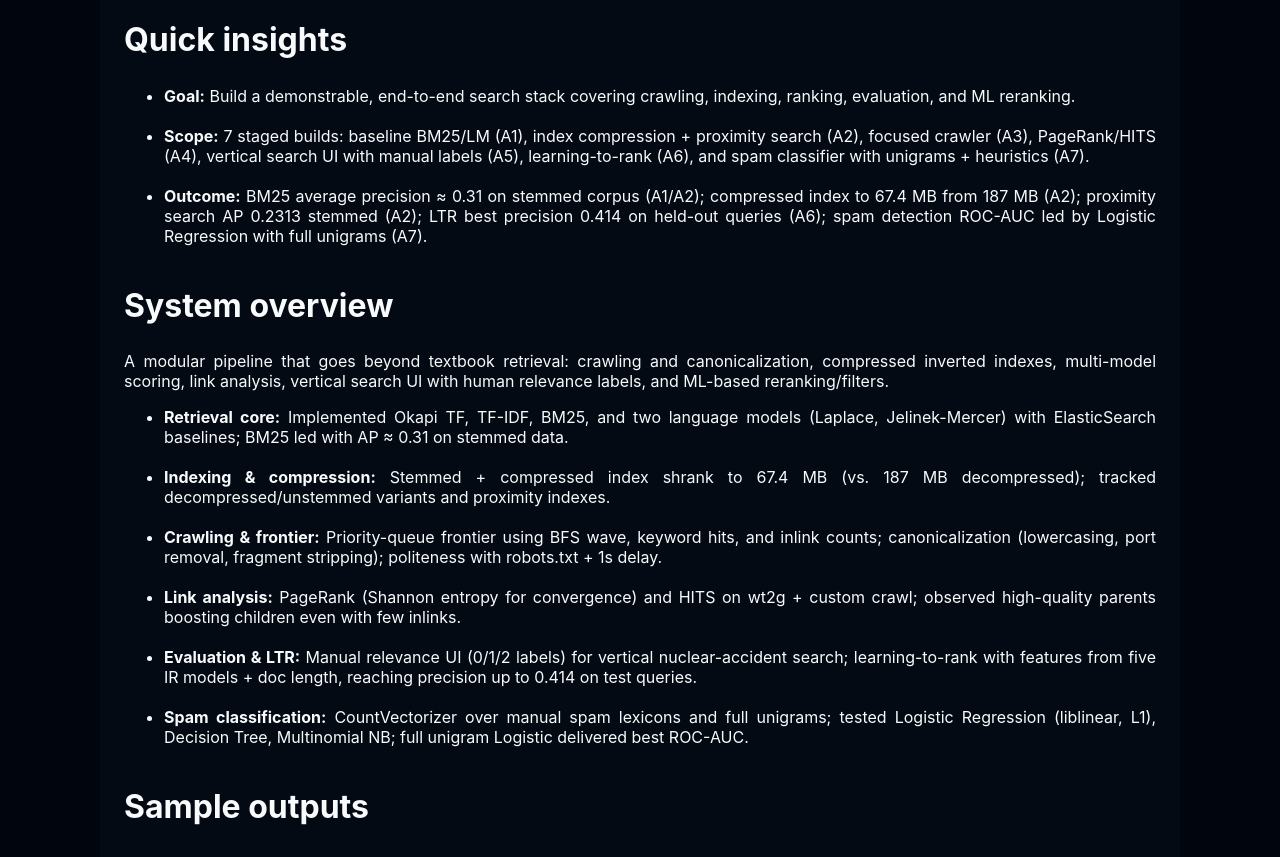
Repository: Abdulaziz-04/Abdulaziz-04.github.io
Page: deepdives/backend_systems/search_engine/search_engine.html
An editor plug-in stored every save of this project. The page is shown before and after the next save, followed by the edit.
The browser window is 1280 px wide. The pictures show the part of the page from y = 852 to 1709 px (the page is 4281 px tall before and 4661 px after).
A picture or video elsewhere on the page could not be fetched, so the positions and the page height are approximate.

Above is the page before, as saved 2025-11-21 16:44:01.

### deepdives/backend_systems/search_engine/search_engine.html
<!DOCTYPE html>
<html lang="en">
  <head>
    <meta charset="UTF-8" />
    <meta name="viewport" content="width=device-width, initial-scale=1" />
    <title>Full-Stack Search Engine: Crawl, Index, Rank, and Rerank</title>
    <link rel="stylesheet" href="../../../assets/css/styles.css" />
  </head>

  <body class="project-detail-page">
    <header class="detail-hero">
      <a class="category-back" href="../../../projects/backend_systems.html">
        &larr; Back to Projects
      </a>

      <p
        class="category-pill"
        onclick="window.location.href='../../../projects/backend_systems.html'"
      >
        Backend &amp; Distributed Logic
      </p>
      <br />

      <h1>Full-Stack Search Engine: Crawl, Index, Rank, and Rerank</h1>

      <p class="detail-summary">
        <b>
          Built an end-to-end search engine over a nuclear-safety corpus: custom
          crawler, compressed inverted indexes, classic IR ranking
          (TF-IDF/BM25/LM), graph algorithms (PageRank/HITS), vertical search UI
          with manual assessments, learning-to-rank, and ML-powered spam
          filtering.
        </b>
      </p>

      <p class="detail-summary">
        Completed a 7-part IR course sequence at Northeastern: starting with
        baseline ranking, adding compression and proximity search, building a
        focused crawler, applying link analysis, running a vertical search
        assessment interface, experimenting with learning-to-rank, and closing
        with ML-based spam classification.
      </p>

      <ul class="detail-meta">
        <li>
          <strong>Tech Stack:</strong>
          Python, ElasticSearch, NumPy, scikit-learn, pandas, BeautifulSoup,
          priority queues, multi-threading, custom inverted index storage
        </li>
      </ul>
    </header>

    <main class="section detail-content">
      <!-- HERO IMAGE -->
      <section class="detail-section detail-hero-gif">
        <figure class="gallery-item gallery-item--wide">
          <img
            src="./images/architecture-placeholder.png"
            alt="System architecture: crawler → indexer → ranker → reranker → UI"
            style="display: block; margin: 0 auto; max-width: 95%; height: auto"
          />
          <figcaption style="text-align: center">
            Architecture at a glance: focused crawler feeds compressed inverted
            indexes; BM25/TF-IDF for first-pass ranking; PageRank/HITS signals
            available; LTR and spam classifiers for reranking and filtering.
          </figcaption>
        </figure>
      </section>

      <!-- QUICK INSIGHTS -->
      <section class="detail-section">
        <h2>Quick insights</h2>
        <ul class="psr-list">
          <li>
            <strong>Goal:</strong>
            Build a demonstrable, end-to-end search stack covering crawling,
            indexing, ranking, evaluation, and ML reranking.
          </li>
          <br />
          <li>
            <strong>Scope:</strong>
            7 staged builds: baseline BM25/LM (A1), index compression +
            proximity search (A2), focused crawler (A3), PageRank/HITS (A4),
            vertical search UI with manual labels (A5), learning-to-rank (A6),
            and spam classifier with unigrams + heuristics (A7).
          </li>
          <br />
          <li>
            <strong>Outcome:</strong>
            BM25 average precision ≈ 0.31 on stemmed corpus (A1/A2); compressed
            index to 67.4 MB from 187 MB (A2); proximity search AP 0.2313
            stemmed (A2); LTR best precision 0.414 on held-out queries (A6);
            spam detection ROC-AUC led by Logistic Regression with full unigrams
            (A7).
          </li>
        </ul>
      </section>

      <!-- SYSTEM OVERVIEW -->
      <section class="detail-section">
        <h2>System overview</h2>
        <p>
          A modular pipeline that goes beyond textbook retrieval: crawling and
          canonicalization, compressed inverted indexes, multi-model scoring,
          link analysis, vertical search UI with human relevance labels, and
          ML-based reranking/filters.
        </p>

        <ul>
          <li>
            <b>Retrieval core:</b>
            Implemented Okapi TF, TF-IDF, BM25, and two language models
            (Laplace, Jelinek-Mercer) with ElasticSearch baselines; BM25 led
            with AP ≈ 0.31 on stemmed data.
          </li>
          <br />
          <li>
            <b>Indexing &amp; compression:</b>
            Stemmed + compressed index shrank to 67.4 MB (vs. 187 MB
            decompressed); tracked decompressed/unstemmed variants and proximity
            indexes.
          </li>
          <br />
          <li>
            <b>Crawling &amp; frontier:</b>
            Priority-queue frontier using BFS wave, keyword hits, and inlink
            counts; canonicalization (lowercasing, port removal, fragment
            stripping); politeness with robots.txt + 1s delay.
          </li>
          <br />
          <li>
            <b>Link analysis:</b>
            PageRank (Shannon entropy for convergence) and HITS on wt2g + custom
            crawl; observed high-quality parents boosting children even with few
            inlinks.
          </li>
          <br />
          <li>
            <b>Evaluation &amp; LTR:</b>
            Manual relevance UI (0/1/2 labels) for vertical nuclear-accident
            search; learning-to-rank with features from five IR models + doc
            length, reaching precision up to 0.414 on test queries.
          </li>
          <br />
          <li>
            <b>Spam classification:</b>
            CountVectorizer over manual spam lexicons and full unigrams; tested
            Logistic Regression (liblinear, L1), Decision Tree, Multinomial NB;
            full unigram Logistic delivered best ROC-AUC.
          </li>
        </ul>
      </section>

      <!-- RESPONSE EXAMPLES GALLERY -->
      <section class="detail-section detail-gallery">
        <h2>Sample outputs</h2>
        <div class="gallery-row gallery-row--two">
          <figure class="gallery-item">
            <a href="./images/search-results-placeholder.png" target="_blank">
              <img
                src="./images/search-results-placeholder.png"
                alt="Search results list with highlights and BM25 scores"
              />
            </a>
            <figcaption>
              BM25-ranked results with snippet highlights and scores.
            </figcaption>
          </figure>

          <figure class="gallery-item">
            <a href="./images/index-stats-placeholder.png" target="_blank">
              <img
                src="./images/index-stats-placeholder.png"
                alt="Index size comparison: compressed vs decompressed"
              />
            </a>
            <figcaption>
              Index size and proximity index metrics (67.4 MB compressed vs. 187
              MB decompressed stemmed).
            </figcaption>
          </figure>
        </div>

        <div class="gallery-row gallery-row--two">
          <figure class="gallery-item">
            <a href="./images/ltr-placeholder.png" target="_blank">
              <img
                src="./images/ltr-placeholder.png"
                alt="Learning-to-rank precision chart"
              />
            </a>
            <figcaption>
              Learning-to-rank precision curve; best test precision 0.414.
            </figcaption>
          </figure>

          <figure class="gallery-item">
            <a href="./images/spam-roc-placeholder.png" target="_blank">
              <img
                src="./images/spam-roc-placeholder.png"
                alt="ROC curve for spam classifier"
              />
            </a>
            <figcaption>
              Spam classifier ROC-AUC: Logistic with full unigrams leads.
            </figcaption>
          </figure>
        </div>
      </section>

      <!-- ARCHITECTURE & DESIGN -->
      <section class="detail-section">
        <h2>Architecture and design choices</h2>
        <p>
          Designed to showcase both IR fundamentals and practical trade-offs:
          efficiency (compression, proximity), relevance (BM25 vs LM), authority
          (PageRank/HITS), and learning-based reranking.
        </p>

        <ul>
          <li>
            <b>Index variants:</b>
            Stemmed/unstemmed, compressed/decompressed; proximity lists for
            phrase queries (proximity AP: 0.2313 stemmed vs. 0.1814 unstemmed).
          </li>
          <br />
          <li>
            <b>Candidate generation:</b>
            Heap-based top-k retrieval; doc-length norms cached; multilingual
            stopword handling via ElasticSearch analyzers.
          </li>
          <br />
          <li>
            <b>Link signals:</b>
            PageRank on wt2g + merged crawl; HITS hubs/authorities skewed toward
            Wikipedia for topical queries, improving diversity over PageRank.
          </li>
          <br />
          <li>
            <b>Assessment loop:</b>
            Vertical search UI captures 3-point relevance labels (0/1/2) per
            result; stored as space-separated text for trec_eval-style scoring.
          </li>
          <br />
          <li>
            <b>LTR features:</b>
            Five IR scores (TF-IDF, Okapi-TF, BM25, Laplace, JM) + doc length;
            per-query split via random shuffle; balanced train/test precision
            (train avg 0.297, test avg 0.269).
          </li>
          <br />
          <li>
            <b>Spam pipeline:</b>
            Manual spam lexicon vs. full unigrams; CountVectorizer sparse
            matrices; compared Logistic, Decision Tree, Multinomial NB; unigrams
            outperformed manual lists, highlighting feature coverage.
          </li>
        </ul>
      </section>

      <!-- EDGE CASES & ROBUSTNESS -->
      <section class="detail-section">
        <h2>Edge cases and robustness</h2>
        <p>
          Focused on correctness and resilience across crawling, parsing, and
          scoring.
        </p>

        <ul>
          <li>
            <b>Canonicalization &amp; politeness:</b>
            Lowercasing, port stripping, fragment removal, duplicate slash
            cleanup; robots.txt honored; 1s inter-request delay; single-request
            per URL guard.
          </li>
          <br />
          <li>
            <b>Frontier fairness:</b>
            Priority queue blends BFS wave number, keyword hits, and inlink
            counts to avoid topic drift and reward authoritative seeds.
          </li>
          <br />
          <li>
            <b>Query parsing:</b>
            Token normalization, length normalization; language models tuned for
            sensitivity; BM25 for stability on sparse queries.
          </li>
          <br />
          <li>
            <b>Assessment UX:</b>
            Relevance dropdown prevents empty labels; results persisted on
            submit; clickable URLs to verify content before rating.
          </li>
          <br />
          <li>
            <b>Model sanity checks:</b>
            Compared manual spam features vs. full vocab to avoid underfitting;
            monitored over/underfit via precision bounds (0.1939–0.414).
          </li>
        </ul>
      </section>

      <!-- SCALING & FUTURE ENHANCEMENTS -->
      <section class="detail-section">
        <h2>Scaling and future enhancements</h2>
        <p>Ready to grow from coursework to production-grade demo.</p>

        <ul>
          <li>
            <b>Sharding &amp; cache:</b>
            Shard the index by domain/time; add postings and query result cache
            (Redis) to reduce P95 latency.
          </li>
          <br />
          <li>
            <b>Reranking depth:</b>
            Introduce LambdaMART/XGBoost with expanded features (PageRank, HITS,
            click priors) and cross-validation over query folds.
          </li>
          <br />
          <li>
            <b>Quality signals:</b>
            Add autocomplete with prefix tries; spell correction via k-grams;
            snippet generator with positional windows.
          </li>
          <br />
          <li>
            <b>Deployment:</b>
            Containerize crawler, indexer, API, and UI; use docker-compose for a
            single-node demo; add health checks and telemetry.
          </li>
          <br />
          <li>
            <b>Spam hardening:</b>
            Add character n-grams for obfuscation, URL reputation features, and
            threshold tuning for precision/recall trade-offs.
          </li>
        </ul>
      </section>

      <!-- IMPACT & LEARNINGS -->
      <section class="detail-section detail-impact">
        <h2>Impact and learnings</h2>
        <ul>
          <li>
            <b>IR depth:</b>
            Hands-on with classic models, proximity, compression, and graph
            algorithms—understanding when BM25 beats LMs and how link signals
            diversify results.
          </li>
          <br />
          <li>
            <b>Evaluation mindset:</b>
            Built a full relevance loop: manual labels, trec_eval metrics,
            precision tracking, and feature-driven LTR gains.
          </li>
          <br />
          <li>
            <b>ML integration:</b>
            Combined sparse text features with traditional IR scores; compared
            manual heuristics vs. data-driven vocabularies for spam detection.
          </li>
          <br />
          <li>
            <b>Systems thinking:</b>
            From crawling politeness to storage trade-offs, every stage is
            modular and independently testable for clearer scaling paths.
          </li>
        </ul>
      </section>
    </main>
  </body>
</html>

Loaded but not shown: assets/css/styles.css (941 lines, source omitted)

After the next save:
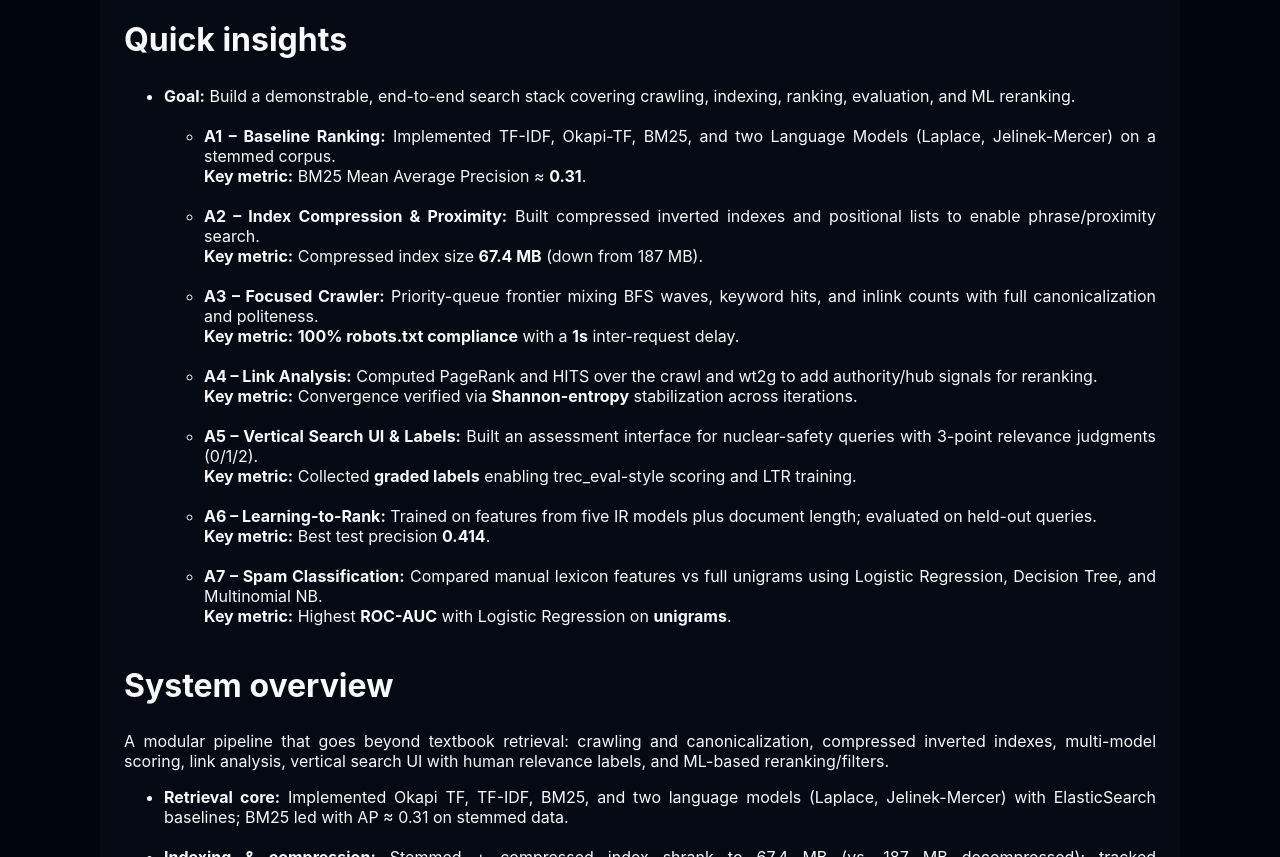
Saved 60 min 13 s later.
--- a/deepdives/backend_systems/search_engine/search_engine.html
+++ b/deepdives/backend_systems/search_engine/search_engine.html
@@ -77,22 +77,61 @@
             indexing, ranking, evaluation, and ML reranking.
           </li>
           <br />
-          <li>
-            <strong>Scope:</strong>
-            7 staged builds: baseline BM25/LM (A1), index compression +
-            proximity search (A2), focused crawler (A3), PageRank/HITS (A4),
-            vertical search UI with manual labels (A5), learning-to-rank (A6),
-            and spam classifier with unigrams + heuristics (A7).
-          </li>
-          <br />
-          <li>
-            <strong>Outcome:</strong>
-            BM25 average precision ≈ 0.31 on stemmed corpus (A1/A2); compressed
-            index to 67.4 MB from 187 MB (A2); proximity search AP 0.2313
-            stemmed (A2); LTR best precision 0.414 on held-out queries (A6);
-            spam detection ROC-AUC led by Logistic Regression with full unigrams
-            (A7).
-          </li>
+          <ul class="psr-list">
+            <li>
+              <strong>A1 – Baseline Ranking:</strong> Implemented TF-IDF,
+              Okapi-TF, BM25, and two Language Models (Laplace, Jelinek-Mercer)
+              on a stemmed corpus. <br />
+              <b>Key metric:</b> BM25 Mean Average Precision ≈ <b>0.31</b>.
+            </li>
+            <br />
+            <li>
+              <strong>A2 – Index Compression &amp; Proximity:</strong> Built
+              compressed inverted indexes and positional lists to enable
+              phrase/proximity search. <br />
+              <b>Key metric:</b> Compressed index size <b>67.4&nbsp;MB</b> (down
+              from 187&nbsp;MB).
+            </li>
+            <br />
+            <li>
+              <strong>A3 – Focused Crawler:</strong> Priority-queue frontier
+              mixing BFS waves, keyword hits, and inlink counts with full
+              canonicalization and politeness. <br />
+              <b>Key metric:</b> <b>100% robots.txt compliance</b> with a
+              <b>1s</b> inter-request delay.
+            </li>
+            <br />
+            <li>
+              <strong>A4 – Link Analysis:</strong> Computed PageRank and HITS
+              over the crawl and wt2g to add authority/hub signals for
+              reranking. <br />
+              <b>Key metric:</b> Convergence verified via
+              <b>Shannon-entropy</b> stabilization across iterations.
+            </li>
+            <br />
+            <li>
+              <strong>A5 – Vertical Search UI &amp; Labels:</strong> Built an
+              assessment interface for nuclear-safety queries with 3-point
+              relevance judgments (0/1/2). <br />
+              <b>Key metric:</b> Collected <b>graded labels</b> enabling
+              trec_eval-style scoring and LTR training.
+            </li>
+            <br />
+            <li>
+              <strong>A6 – Learning-to-Rank:</strong> Trained on features from
+              five IR models plus document length; evaluated on held-out
+              queries. <br />
+              <b>Key metric:</b> Best test precision <b>0.414</b>.
+            </li>
+            <br />
+            <li>
+              <strong>A7 – Spam Classification:</strong> Compared manual lexicon
+              features vs full unigrams using Logistic Regression, Decision
+              Tree, and Multinomial NB. <br />
+              <b>Key metric:</b> Highest <b>ROC-AUC</b> with Logistic Regression
+              on <b>unigrams</b>.
+            </li>
+          </ul>
         </ul>
       </section>
 
